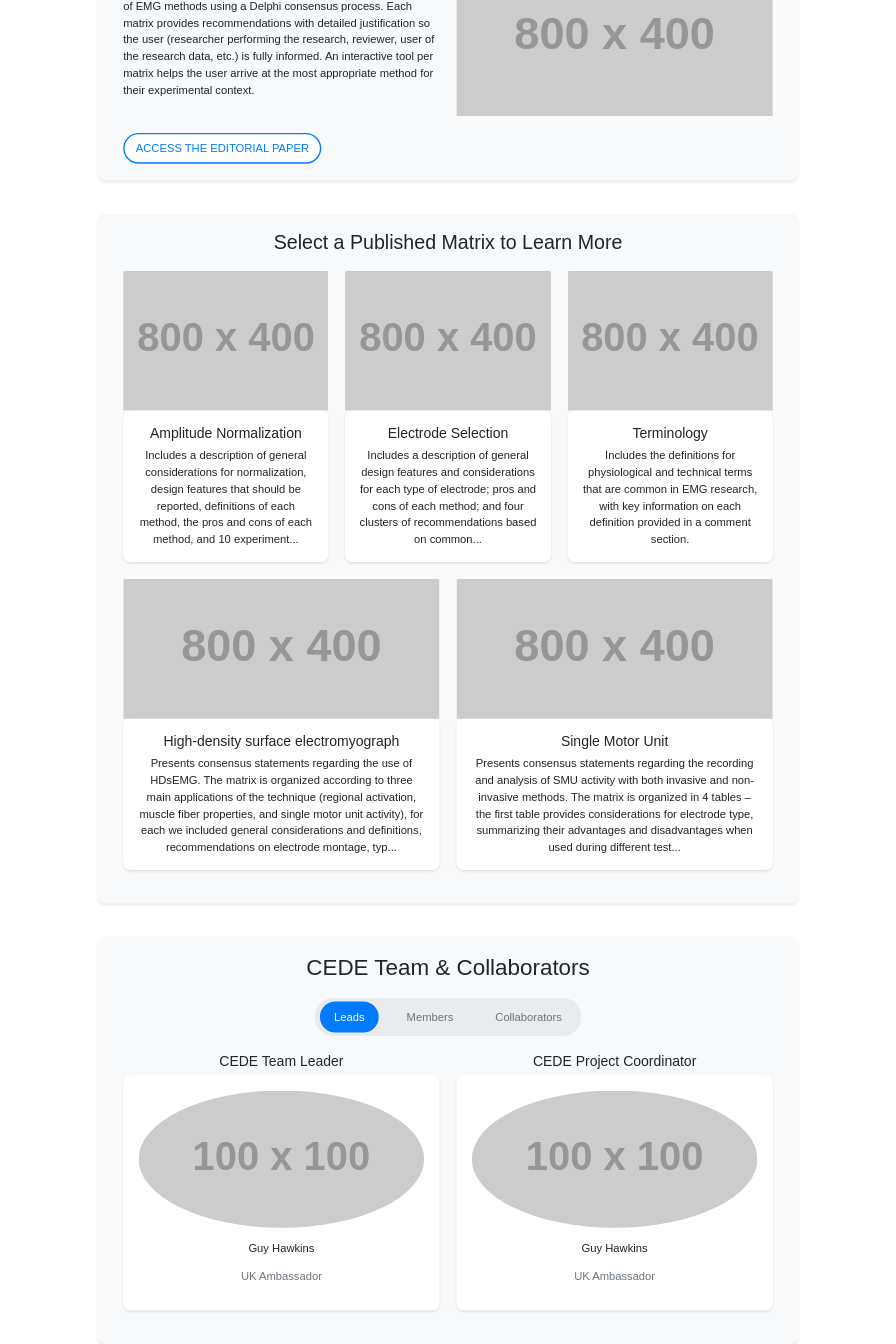
Repository: devashrisamani/CEDE-Website
Page: website/index.html
An editor plug-in stored every save of this project. The page is shown before and after the next save, followed by the edit.
The browser window is 1280 px wide. The pictures show the part of the page from y = 1007 to 2927 px (the page is 2927 px tall before and 2298 px after), at 70% of full size.

Above is the page before, as saved 2024-06-25 19:40:09.
Console error: TypeError: Cannot read properties of null (reading 'addEventListener')

### website/index.html
<!DOCTYPE html>
<html lang="en">
  <head>
    <meta charset="UTF-8" />
    <meta name="viewport" content="width=device-width, initial-scale=1.0" />
    <title>Welcome to CEDE</title>
    <link
      href="https://cdn.jsdelivr.net/npm/bootstrap@5.1.3/dist/css/bootstrap.min.css"
      rel="stylesheet"
    />
    <style>
      body {
        font-family: Arial, sans-serif;
        margin: 0;
        padding: 0;
        background-color: #ffffff;
      }

      header {
        padding: 20px;
        text-align: center;
      }

      .navbar {
        border-bottom: 1px solid #cfcfcf;
        background-color: #ffffff;
      }

      header h1 {
        margin: 0;
        color: #333;
      }

      header p {
        color: #666;
      }

      .welcome-section {
        text-align: center;
        margin: 0 auto;
        max-width: 1100px;
        padding: 10px 20px;
      }

      .welcome-section h5 {
        margin: 0;
        font-weight: 700;
        color: #333;
        letter-spacing: 1px;
      }

      .welcome-section h1 {
        font-size: 2.5rem;
        margin-top: 20px;
        margin-bottom: 20px;
      }

      .welcome-section p {
        font-size: 1rem;
        line-height: 1.5;
        margin-bottom: 10px;
      }

      .welcome-section img {
        width: 100%;
        height: 400px;
        margin-top: 10px;
        border-radius: 20px;
      }

      .container-box,
      .why-cede-exists-container,
      .team-section-container,
      .matrix-section-container,
      .supporters-container {
        background-color: #f8f9fa; /* Light grey background */
        border-radius: 10px;
        padding: 40px; /* Add padding inside the container */
        box-shadow: 0 2px 4px rgba(0, 0, 0, 0.1); /* Optional: adds subtle shadow */
        margin: 0 auto; /* Center the container */
        max-width: 1000px; /* Set a max-width */
      }

      .why-cede-exists-container p,
      .why-cede-exists-container .btn {
        font-size: 1rem;
        line-height: 1.5;
      }

      .why-cede-exists-container .btn {
        padding: 0.5rem 1rem;
        border-radius: 25px;
        border: 2px solid #007bff;
        background-color: white;
        color: #007bff;
        text-transform: uppercase;
      }

      .why-cede-exists-container .btn:hover {
        background-color: #007bff;
        color: white;
      }

      .team-section-container h3,
      .supporters-container h3 {
        font-size: 2rem;
      }

      .toggle-buttons {
        display: flex;
        justify-content: center;
        background-color: #e9ecef; /* Light grey background for the toggle container */
        border-radius: 25px;
        padding: 5px;
        max-width: 380px; /* Adjust this value to control the length */
        margin: 0 auto; /* Center the toggle buttons container */
      }

      .btn-toggle {
        background-color: transparent;
        border: none;
        padding: 10px 20px;
        margin: 0 10px;
        border-radius: 25px;
        cursor: pointer;
        font-size: 1rem;
        outline: none;
        color: #6c757d; /* Grey color for inactive buttons */
      }

      .btn-toggle.active {
        background-color: #007bff; /* Blue background for active button */
        color: #ffffff;
      }

      .card {
        border: none;
        background-color: transparent;
      }

      .card-body {
        background-color: #ffffff;
        border-radius: 10px;
        padding: 20px;
        box-shadow: 0 2px 4px rgba(0, 0, 0, 0.1);
      }

      .rounded-circle {
        border: 2px solid #ffffff;
      }

      .supporter-logo {
        max-height: 50px; /* Adjust the height as needed */
        margin: 10px;
      }

      .card-link {
        text-decoration: none;
        color: inherit;
      }

      .card-link:hover .card {
        box-shadow: 0 4px 8px rgba(0, 0, 0, 0.1); /* Optional: Add hover effect */
        color: black;
      }

      .card img {
        width: 100%;
        height: 200px;
        object-fit: cover;
      }
    </style>
  </head>
  <body>
    <nav class="navbar navbar-expand-lg navbar-light bg-white">
      <div class="container-fluid">
        <a class="navbar-brand" href="#">CEDE</a>
        <button
          class="navbar-toggler"
          type="button"
          data-bs-toggle="collapse"
          data-bs-target="#navbarNavAltMarkup"
          aria-controls="navbarNavAltMarkup"
          aria-expanded="false"
          aria-label="Toggle navigation"
        >
          <span class="navbar-toggler-icon"></span>
        </button>
        <div
          class="collapse navbar-collapse justify-content-end"
          id="navbarNavAltMarkup"
        >
          <div class="navbar-nav">
            <a class="nav-link active" href="index.html">Home</a>
            <div class="nav-item dropdown">
              <a
                class="nav-link dropdown-toggle"
                href="#"
                id="matrixSelectionDropdown"
                role="button"
                data-bs-toggle="dropdown"
                aria-expanded="false"
              >
                Matrix Selection
              </a>
              <ul
                class="dropdown-menu"
                aria-labelledby="matrixSelectionDropdown"
              >
                <li>
                  <a class="dropdown-item" href="amplitude.html"
                    >Amplitude Normalization</a
                  >
                </li>
                <li>
                  <a class="dropdown-item" href="#">Electrode Selection</a>
                </li>
                <li><a class="dropdown-item" href="#">Terminology</a></li>
                <li>
                  <a class="dropdown-item" href="#"
                    >High-density surface electromyograph</a
                  >
                </li>
                <li><a class="dropdown-item" href="#">Single Motor Unit</a></li>
              </ul>
            </div>
            <a class="nav-link" href="faq.html">FAQs</a>
            <a class="nav-link" href="#">Glossary</a>
          </div>
        </div>
      </div>
    </nav>

    <div class="welcome-section text-center mt-5 px-5">
      <header class="mb-5">
        <h5 class="text-uppercase">
          Consensus for Experimental Design in Electromyography
        </h5>
        <h1>Welcome to CEDE</h1>
        <p>
          The Consensus for Experimental Design in Electromyography (CEDE)
          project is an international initiative, which aims to guide
          decision-making in recording, analysis, and interpretation of EMG
          across all applications including surface and invasive/intra-muscular
          methods and extends to guidance for specific applications.
        </p>
      </header>
      <img
        src="https://via.placeholder.com/800x400"
        class="img-fluid"
        alt="Placeholder Image"
      />
    </div>

    <div class="why-cede-exists-container mt-5 p-4">
      <div class="container">
        <h3 class="text-center mb-4">Why CEDE Exists</h3>
        <div class="row align-items-center">
          <div class="col-md-6">
            <p>
              The major output of the project is the development of a series of
              matrices to provide guidance for planning and interpretation of
              EMG methods using a Delphi consensus process. Each matrix provides
              recommendations with detailed justification so the user
              (researcher performing the research, reviewer, user of the
              research data, etc.) is fully informed. An interactive tool per
              matrix helps the user arrive at the most appropriate method for
              their experimental context.
            </p>
          </div>
          <div class="col-md-6 text-center">
            <img
              src="https://via.placeholder.com/800x400"
              class="img-fluid"
              alt="Matrix"
            />
          </div>
        </div>
        <div class="text-left mt-4">
          <a
            href="https://pubmed.ncbi.nlm.nih.gov/32569878/"
            class="btn btn-primary"
            target="_blank"
            >Access the Editorial Paper</a
          >
        </div>
      </div>
    </div>

    <div class="matrix-section-container mt-5 p-4">
      <div class="container">
        <h3 class="text-center mb-4">
          Select a Published Matrix to Learn More
        </h3>
        <div class="row text-center">
          <!-- Amplitude Normalization -->
          <div class="col-md-4 mb-4">
            <a href="amplitude.html" class="card-link">
              <div class="card">
                <img
                  src="https://via.placeholder.com/800x400"
                  class="card-img-top"
                  alt="Amplitude Normalization"
                />
                <div class="card-body">
                  <h5 class="card-title">Amplitude Normalization</h5>
                  <p class="card-text">
                    Includes a description of general considerations for
                    normalization, design features that should be reported,
                    definitions of each method, the pros and cons of each
                    method, and 10 experiment...
                  </p>
                </div>
              </div>
            </a>
          </div>

          <!-- Electrode Selection -->
          <div class="col-md-4 mb-4">
            <div class="card">
              <img
                src="https://via.placeholder.com/800x400"
                class="card-img-top"
                alt="Electrode Selection"
              />
              <div class="card-body">
                <h5 class="card-title">Electrode Selection</h5>
                <p class="card-text">
                  Includes a description of general design features and
                  considerations for each type of electrode; pros and cons of
                  each method; and four clusters of recommendations based on
                  common...
                </p>
              </div>
            </div>
          </div>

          <!-- Terminology -->
          <div class="col-md-4 mb-4">
            <div class="card">
              <img
                src="https://via.placeholder.com/800x400"
                class="card-img-top"
                alt="Terminology"
              />
              <div class="card-body">
                <h5 class="card-title">Terminology</h5>
                <p class="card-text">
                  Includes the definitions for physiological and technical terms
                  that are common in EMG research, with key information on each
                  definition provided in a comment section.
                </p>
              </div>
            </div>
          </div>

          <!-- HDsEMG -->
          <div class="col-md-6 mb-4">
            <div class="card">
              <img
                src="https://via.placeholder.com/800x400"
                class="card-img-top"
                alt="HDsEMG"
              />
              <div class="card-body">
                <h5 class="card-title">High-density surface electromyograph</h5>
                <p class="card-text">
                  Presents consensus statements regarding the use of HDsEMG. The
                  matrix is organized according to three main applications of
                  the technique (regional activation, muscle fiber properties,
                  and single motor unit activity), for each we included general
                  considerations and definitions, recommendations on electrode
                  montage, typ...
                </p>
              </div>
            </div>
          </div>

          <!-- SMU -->
          <div class="col-md-6 mb-4">
            <div class="card">
              <img
                src="https://via.placeholder.com/800x400"
                class="card-img-top"
                alt="SMU"
              />
              <div class="card-body">
                <h5 class="card-title">Single Motor Unit</h5>
                <p class="card-text">
                  Presents consensus statements regarding the recording and
                  analysis of SMU activity with both invasive and non-invasive
                  methods. The matrix is organized in 4 tables – the first table
                  provides considerations for electrode type, summarizing their
                  advantages and disadvantages when used during different
                  test...
                </p>
              </div>
            </div>
          </div>
        </div>
      </div>
    </div>

    <div class="team-section-container mt-5 p-4">
      <div class="container">
        <h3 class="text-center mb-4">CEDE Team & Collaborators</h3>
        <div class="toggle-buttons text-center mb-4">
          <button class="btn btn-toggle active" onclick="showSection('leads')">
            Leads
          </button>
          <button class="btn btn-toggle" onclick="showSection('members')">
            Members
          </button>
          <button class="btn btn-toggle" onclick="showSection('collaborators')">
            Collaborators
          </button>
        </div>
        <div id="leads" class="team-section">
          <div class="row text-center">
            <div class="col-md-6 mb-4">
              <h5 class="font-weight-bold">CEDE Team Leader</h5>
              <div class="card">
                <div class="card-body">
                  <img
                    src="https://via.placeholder.com/100"
                    class="rounded-circle mb-3"
                    alt="Team Leader"
                    width="50"
                  />
                  <p class="font-weight-bold">Guy Hawkins</p>
                  <p class="text-muted">UK Ambassador</p>
                </div>
              </div>
            </div>
            <div class="col-md-6 mb-4">
              <h5 class="font-weight-bold">CEDE Project Coordinator</h5>
              <div class="card">
                <div class="card-body">
                  <img
                    src="https://via.placeholder.com/100"
                    class="rounded-circle mb-3"
                    alt="Project Coordinator"
                    width="50"
                  />
                  <p class="font-weight-bold">Guy Hawkins</p>
                  <p class="text-muted">UK Ambassador</p>
                </div>
              </div>
            </div>
          </div>
        </div>
        <div id="members" class="team-section d-none">
          <div class="row text-center">
            <div class="col-md-6 mb-4">
              <h5 class="font-weight-bold">CEDE Member</h5>
              <div class="card">
                <div class="card-body">
                  <img
                    src="https://via.placeholder.com/100"
                    class="rounded-circle mb-3"
                    alt="Member"
                    width="50"
                  />
                  <p class="font-weight-bold">Alice Johnson</p>
                  <p class="text-muted">Research Specialist</p>
                </div>
              </div>
            </div>
            <div class="col-md-6 mb-4">
              <h5 class="font-weight-bold">CEDE Member</h5>
              <div class="card">
                <div class="card-body">
                  <img
                    src="https://via.placeholder.com/100"
                    class="rounded-circle mb-3"
                    alt="Member"
                    width="50"
                  />
                  <p class="font-weight-bold">Bob Smith</p>
                  <p class="text-muted">Lab Technician</p>
                </div>
              </div>
            </div>
          </div>
        </div>
        <div id="collaborators" class="team-section d-none">
          <div class="row text-center">
            <div class="col-md-6 mb-4">
              <h5 class="font-weight-bold">CEDE Collaborator</h5>
              <div class="card">
                <div class="card-body">
                  <img
                    src="https://via.placeholder.com/100"
                    class="rounded-circle mb-3"
                    alt="Collaborator"
                    width="50"
                  />
                  <p class="font-weight-bold">Jane Doe</p>
                  <p class="text-muted">Industry Expert</p>
                </div>
              </div>
            </div>
            <div class="col-md-6 mb-4">
              <h5 class="font-weight-bold">CEDE Collaborator</h5>
              <div class="card">
                <div class="card-body">
                  <img
                    src="https://via.placeholder.com/100"
                    class="rounded-circle mb-3"
                    alt="Collaborator"
                    width="50"
                  />
                  <p class="font-weight-bold">John Lee</p>
                  <p class="text-muted">Field Specialist</p>
                </div>
              </div>
            </div>
          </div>
        </div>
      </div>
    </div>

    <script src="script.js"></script>
    <script src="https://cdn.jsdelivr.net/npm/bootstrap@5.1.3/dist/js/bootstrap.bundle.min.js"></script>
  </body>
</html>

### website/script.js
function selectOption(option) {
  console.log("Option selected:", option);
}


function selectOption(option) {
  console.log("Option selected:", option);
}

function goBack() {
  window.history.back();
}

// Decision tree functions
const questions = [
  "Does your experiment involve comparisons between muscles or within muscles?",
  "Does your experiment involve comparisons between sessions or within a session?",
  "Does your experiment involve within-group comparisons or between-groups comparisons?",
  "Can your participants perform MVC?",
];

const responses = [
  ["Between muscles", "Within muscle"],
  ["Between sessions", "Within a session"],
  ["Within-group comparison", "Between-groups comparison"],
  ["Yes", "No"],
];

const decisionTree = {
  "Within muscle": {
    "Within a session": {
      "Within-group comparison": {
        Yes: "Experimental context 1: Amplitude comparison within a person and muscle, between conditions/tasks (within a session). *Without removing electrodes (1.1 - 1.6)",
      },
    },
  },
};

function getRecommendation(responses) {
  let node = decisionTree;
  for (let response of responses) {
    if (node[response]) {
      node = node[response];
    } else {
      return "No recommendation found for the given responses.";
    }
  }
  return node;
}

document.getElementById("get-recommendation").addEventListener("click", () => {
  const userResponses = [
    document.getElementById("q1-select").value,
    document.getElementById("q2-select").value,
    document.getElementById("q3-select").value,
    document.getElementById("q4-select").value,
  ];
  const recommendation = getRecommendation(userResponses);
  document.getElementById("recommendation").innerText = recommendation;
});

// disabled submit button

document.addEventListener("DOMContentLoaded", function () {
  const form = document.getElementById("question-form");
  const submitButton = document.getElementById("submit-button");
  const options = form.querySelectorAll(".option");

  options.forEach((option) => {
    option.addEventListener("click", function () {
      option.classList.toggle("selected");
      checkIfAllQuestionsAnswered();
    });
  });

  function checkIfAllQuestionsAnswered() {
    const allAnswered = document.querySelectorAll(".selected").length >= 3;
    submitButton.disabled = !allAnswered;
  }

  form.addEventListener("submit", function (event) {
    event.preventDefault();
    // Handle form submission logic
    document.getElementById("recommendation").innerText =
      "Your recommendation text here";
  });
});

// CEDE Collaborations section

function showSection(sectionId) {
  const sections = document.querySelectorAll(".team-section");
  const buttons = document.querySelectorAll(".btn-toggle");
  sections.forEach((section) => {
    section.classList.add("d-none");
  });
  buttons.forEach((button) => {
    button.classList.remove("active");
  });
  document.getElementById(sectionId).classList.remove("d-none");
  document
    .querySelector(`button[onclick="showSection('${sectionId}')"]`)
    .classList.add("active");
}

function toggleFAQ(element) {
  const answer = element.nextElementSibling;
  const icon = element.querySelector(".faq-icon");

  if (answer.style.display === "block") {
    answer.style.display = "none";
    icon.textContent = "+";
  } else {
    answer.style.display = "block";
    icon.textContent = "-";
  }
}

document.addEventListener("DOMContentLoaded", () => {
  const searchInput = document.getElementById("faq-search");
  const searchButton = document.getElementById("search-button");

  function performSearch() {
    const searchTerm = searchInput.value.toLowerCase();
    const faqItems = document.querySelectorAll(".faq-item");

    faqItems.forEach(function (item) {
      const questionText = item
        .querySelector(".faq-question span")
        .innerText.toLowerCase();
      const answerText = item
        .querySelector(".faq-answer p")
        .innerText.toLowerCase();

      if (
        questionText.includes(searchTerm) ||
        answerText.includes(searchTerm)
      ) {
        item.style.display = "block";
      } else {
        item.style.display = "none";
      }
    });
  }

  searchInput.addEventListener("input", performSearch);
  searchButton.addEventListener("click", performSearch);
});

After the next save:
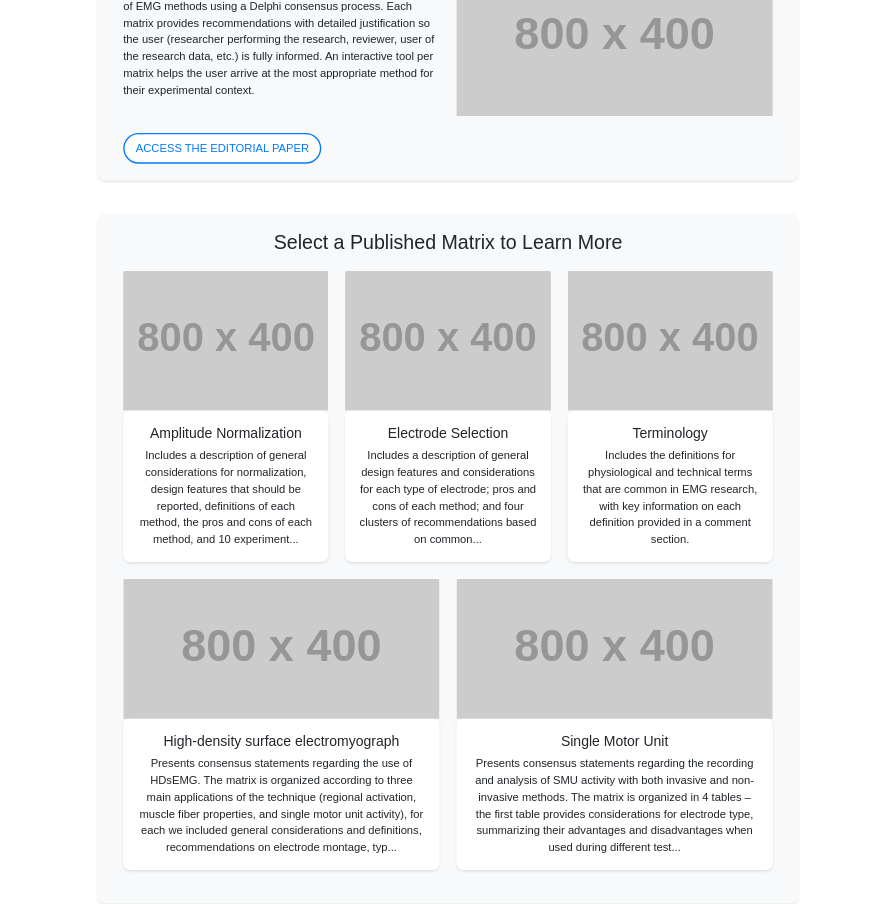
Saved 32 s later.
--- a/website/index.html
+++ b/website/index.html
@@ -401,7 +401,7 @@
       </div>
     </div>
 
-    <div class="team-section-container mt-5 p-4">
+    <!-- <div class="team-section-container mt-5 p-4">
       <div class="container">
         <h3 class="text-center mb-4">CEDE Team & Collaborators</h3>
         <div class="toggle-buttons text-center mb-4">
@@ -518,7 +518,7 @@
           </div>
         </div>
       </div>
-    </div>
+    </div> -->
 
     <script src="script.js"></script>
     <script src="https://cdn.jsdelivr.net/npm/bootstrap@5.1.3/dist/js/bootstrap.bundle.min.js"></script>
